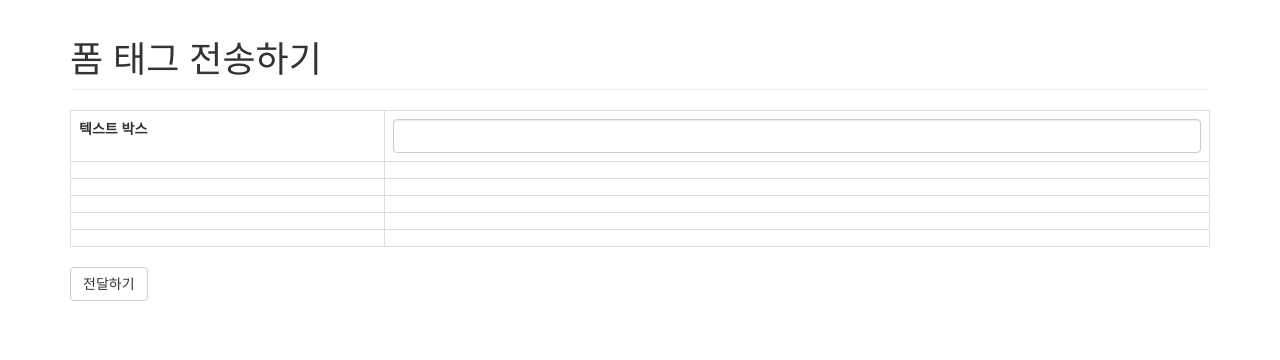
Repository: kimgyuseok/Server
Page: http://localhost/JSPTest/ex04.jsp
An editor plug-in stored every save of this project. The page is shown before and after the next save, followed by the edit.
The browser window is 1280 px wide. The pictures show the whole page.
The page is served by Tomcat 9.

Above is the page before, as saved 2022-01-06 03:36:23.

### JSPTest/src/main/webapp/ex04.jsp

<%@ page language="java" contentType="text/html; charset=UTF-8"
    pageEncoding="UTF-8"%>

<!DOCTYPE html>
<html>
<head>
<meta charset="UTF-8">
<title>Insert title here</title>
<%@ include file="/inc/asset.jsp" %>
</head>
<body>

	<div class="container">

		<h1 class="page-header">폼 태그 전송하기</h1>
		<form>
		<table class="table table-bordered">
			<tr>
				<th>텍스트 박스</th>
				<td><input type="text" name="txt1" class="form-control"></td>
			</tr>
			<tr>
				<th></th>
				<td></td>
			</tr>
			<tr>
				<th></th>
				<td></td>
			</tr>
			<tr>
				<th></th>
				<td></td>
			</tr>
			<tr>
				<th></th>
				<td></td>
			</tr>
			<tr>
				<th></th>
				<td></td>
			</tr>
		</table>

		<input type="submit" value="전달하기" class="btn btn-default">
		</form>
	</div>


</body>
</html>

### JSPTest/src/main/webapp/inc/asset.jsp
<%@ page language="java" contentType="text/html; charset=UTF-8"
    pageEncoding="UTF-8"%>
<!-- asset.jsp -->

<link rel="stylesheet" href="/jsp/asset/css/bootstrap.css">

<script src="/jsp/asset/js/jquery-1.12.4.js"></script>
<script src="/jsp/asset/js/bootstrap.js"></script>

Loaded but not shown: JSPTest/src/main/webapp/asset/css/bootstrap.css (library); JSPTest/src/main/webapp/asset/js/jquery-1.12.4.js (library); JSPTest/src/main/webapp/asset/js/bootstrap.js (library)

After the next save:
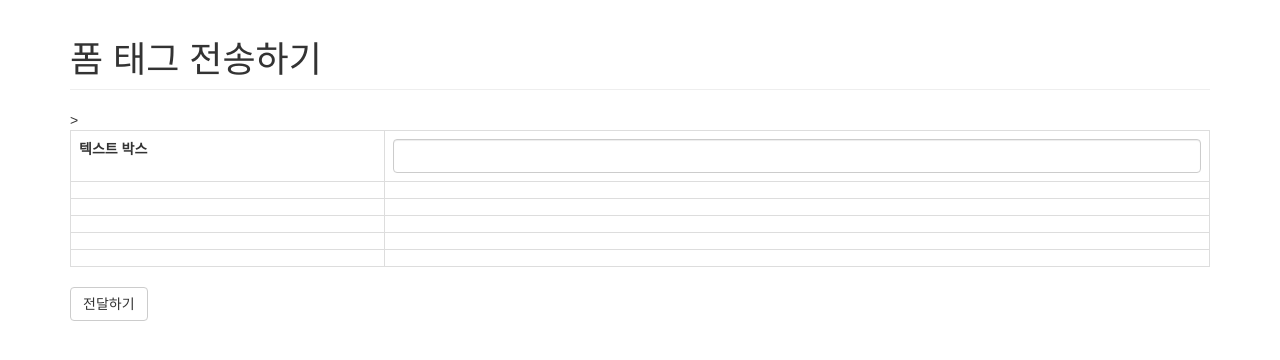
Saved 42 s later.
--- a/JSPTest/src/main/webapp/ex04.jsp
+++ b/JSPTest/src/main/webapp/ex04.jsp
@@ -14,7 +14,7 @@
 	<div class="container">
 
 		<h1 class="page-header">폼 태그 전송하기</h1>
-		<form>
+		<form method="POST" action="/jsp/ex04ok.jsp">>
 		<table class="table table-bordered">
 			<tr>
 				<th>텍스트 박스</th>
